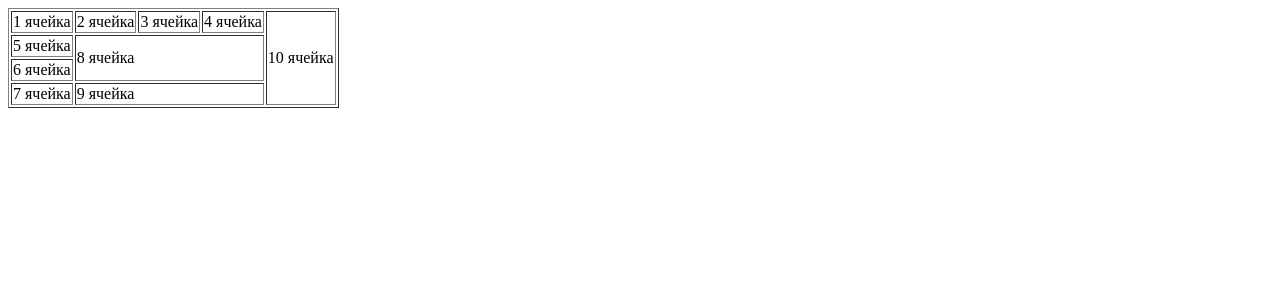
Repository: vlad-zeus/IT20
Page: 01_HTML/g2_gorodetsky_vladislav_dz_01/index03 copy.html
The author's editor kept a copy of each file at every save. The page is drawn from the files as they stood at one save, then again after the next save.
The browser window is 1280 px wide. The pictures show the whole page.

Above is the page before, as saved 2021-10-25 10:54:44.

### 01_HTML/g2_gorodetsky_vladislav_dz_01/index03 copy.html
<!DOCTYPE html>
<html lang="ru">
  <!--Задание 03, выполнено 29.09.2021-->
  <head>
    <meta charset="UTF-8" />
    <title>Работа с таблицами</title>
  </head>
  <body>
    <table border="1">
      <tbody>
        <tr>
          <td>1 ячейка</td>
          <td>2 ячейка</td>
          <td>3 ячейка</td>
          <td>4 ячейка</td>
          <td rowspan="4">10 ячейка</td>
        </tr>
        <tr>
          <td>5 ячейка</td>
          <td colspan="3" rowspan="2">8 ячейка</td>
        </tr>
        <tr>
          <td>6 ячейка</td>
        </tr>
        <tr>
          <td>7 ячейка</td>
          <td colspan="3">9 ячейка</td>
        </tr>
      </tbody>
    </table>
  </body>
</html>

After the next save:
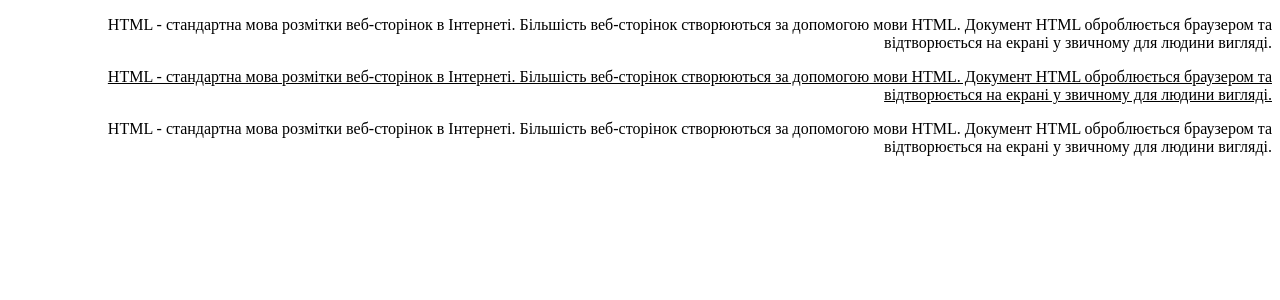
Saved 4 s later.
--- a/01_HTML/g2_gorodetsky_vladislav_dz_01/index03 copy.html
+++ b/01_HTML/g2_gorodetsky_vladislav_dz_01/index03 copy.html
@@ -1,32 +1,45 @@
 <!DOCTYPE html>
-<html lang="ru">
-  <!--Задание 03, выполнено 29.09.2021-->
+<html>
   <head>
     <meta charset="UTF-8" />
-    <title>Работа с таблицами</title>
+    <title>Вивчаємо CSS</title>
+    <style>
+      /* присвойте кожному блоку CSS правил відповідний селектор */
+
+      .html_id {
+        font-weight: bold;
+      }
+
+      .html_class {
+        text-decoration: underline;
+      }
+
+      p {
+        text-align: right;
+      }
+    </style>
   </head>
+
   <body>
-    <table border="1">
-      <tbody>
-        <tr>
-          <td>1 ячейка</td>
-          <td>2 ячейка</td>
-          <td>3 ячейка</td>
-          <td>4 ячейка</td>
-          <td rowspan="4">10 ячейка</td>
-        </tr>
-        <tr>
-          <td>5 ячейка</td>
-          <td colspan="3" rowspan="2">8 ячейка</td>
-        </tr>
-        <tr>
-          <td>6 ячейка</td>
-        </tr>
-        <tr>
-          <td>7 ячейка</td>
-          <td colspan="3">9 ячейка</td>
-        </tr>
-      </tbody>
-    </table>
+    <p id="html_id">
+      HTML - стандартна мова розмітки веб-сторінок в Інтернеті. Більшість
+      веб-сторінок створюються за допомогою мови HTML. Документ HTML
+      оброблюється браузером та відтворюється на екрані у звичному для людини
+      вигляді.
+    </p>
+
+    <p class="html_class">
+      HTML - стандартна мова розмітки веб-сторінок в Інтернеті. Більшість
+      веб-сторінок створюються за допомогою мови HTML. Документ HTML
+      оброблюється браузером та відтворюється на екрані у звичному для людини
+      вигляді.
+    </p>
+
+    <p>
+      HTML - стандартна мова розмітки веб-сторінок в Інтернеті. Більшість
+      веб-сторінок створюються за допомогою мови HTML. Документ HTML
+      оброблюється браузером та відтворюється на екрані у звичному для людини
+      вигляді.
+    </p>
   </body>
 </html>
